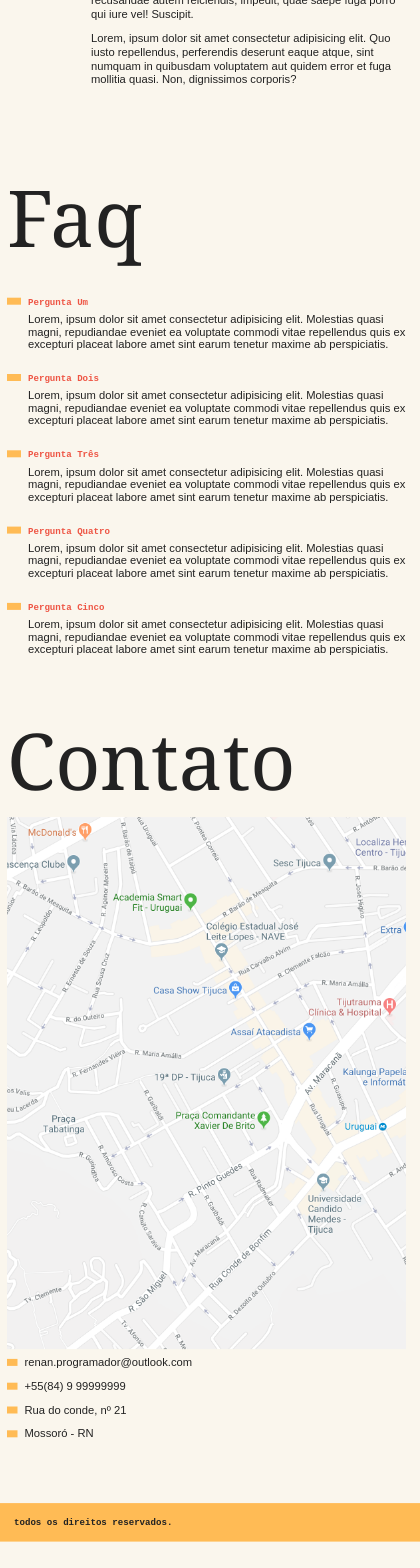
Repository: meiotera/animaisPagina
Page: index.html
These files come from the project's save history. The page is drawn as it stood at one moment and after the next save; the edit follows.
The browser window is 600 px wide. The pictures show the part of the page from y = 2656 to 4896 px (the page is 4896 px tall before and 4768 px after), at 70% of full size.

Above is the page before, as saved 2025-05-03 07:22:59.

After the next save:
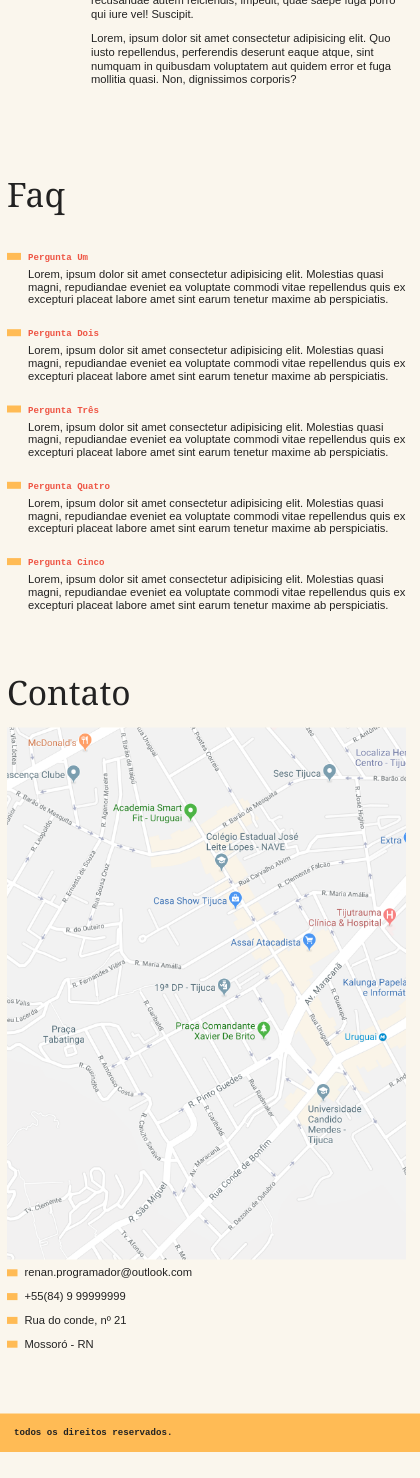
Saved 16 s later.
--- a/css/style.css
+++ b/css/style.css
@@ -216,7 +216,7 @@
     grid-column: 1/3;
   }
 
-  .grid-section h1 {
+  .grid-section .titulo {
     font-size: 3rem;
   }
 }
